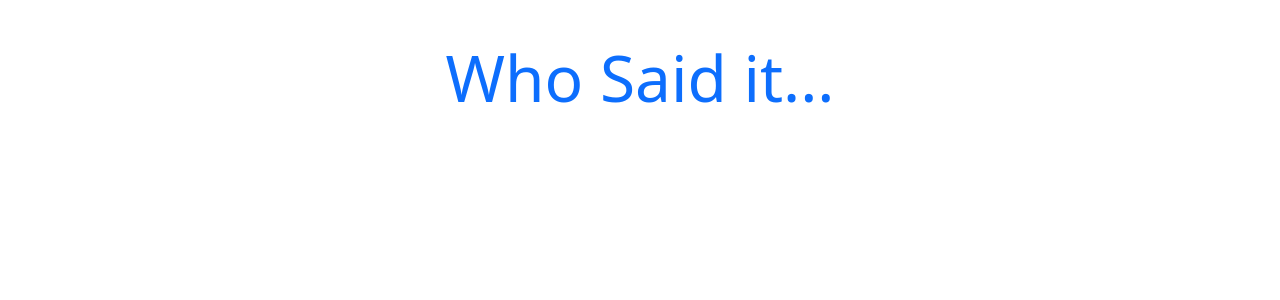
Repository: julihocc/Presentation-02-Forms-with-vanilla-JS
Page: index.html
An editor plug-in stored every save of this project. The page is shown before and after the next save, followed by the edit.
The browser window is 1280 px wide. The pictures show the whole page.

Above is the page before, as saved 2022-09-27 13:07:52.

### index.html
<!-- step 0.1: create HTML5 template -->
<!DOCTYPE html>
<html lang="en">

<head>
    <meta charset="UTF-8">
    <meta http-equiv="X-UA-Compatible" content="IE=edge">
    <meta name="viewport" content="width=device-width, initial-scale=1.0">
    <!-- step 0.4: include bootstrap -->
    <!-- CSS only -->
    <link href="https://cdn.jsdelivr.net/npm/bootstrap@5.2.1/dist/css/bootstrap.min.css" rel="stylesheet"
        integrity="sha384-iYQeCzEYFbKjA/T2uDLTpkwGzCiq6soy8tYaI1GyVh/UjpbCx/TYkiZhlZB6+fzT" crossorigin="anonymous">
    <!-- step 0.2: change title -->
    <title>Who Said It...</title>
</head>

<body>
    <!-- step 1.1 top section -->
    <div class="intro py-3 bg-white text-center">
        <div class="container">
            <h2 class="text-primary display-3 my-4">
                Who Said it...
            </h2>
        </div>
    </div>
    <!-- step 0.3: link js -->
    <script src="app.js"></script>
</body>

</html>

Loaded but not shown: app.js (no copy from this time; the picture is the same without it)

After the next save:
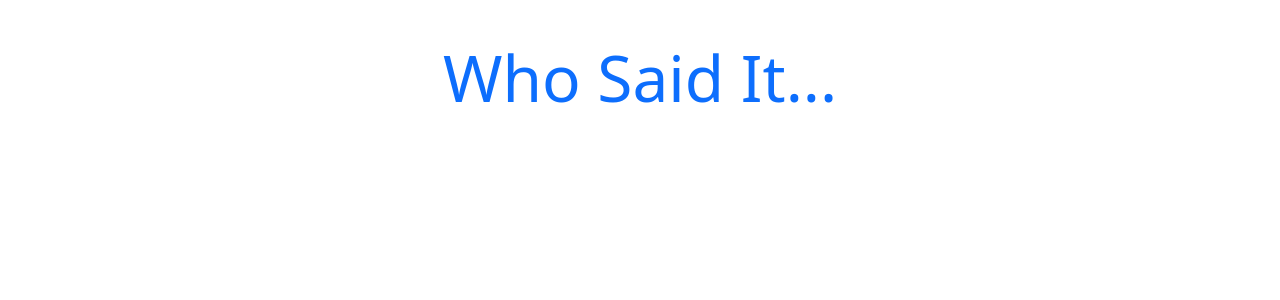
Saved 7 s later.
--- a/index.html
+++ b/index.html
@@ -19,7 +19,7 @@
     <div class="intro py-3 bg-white text-center">
         <div class="container">
             <h2 class="text-primary display-3 my-4">
-                Who Said it...
+                Who Said It...
             </h2>
         </div>
     </div>
